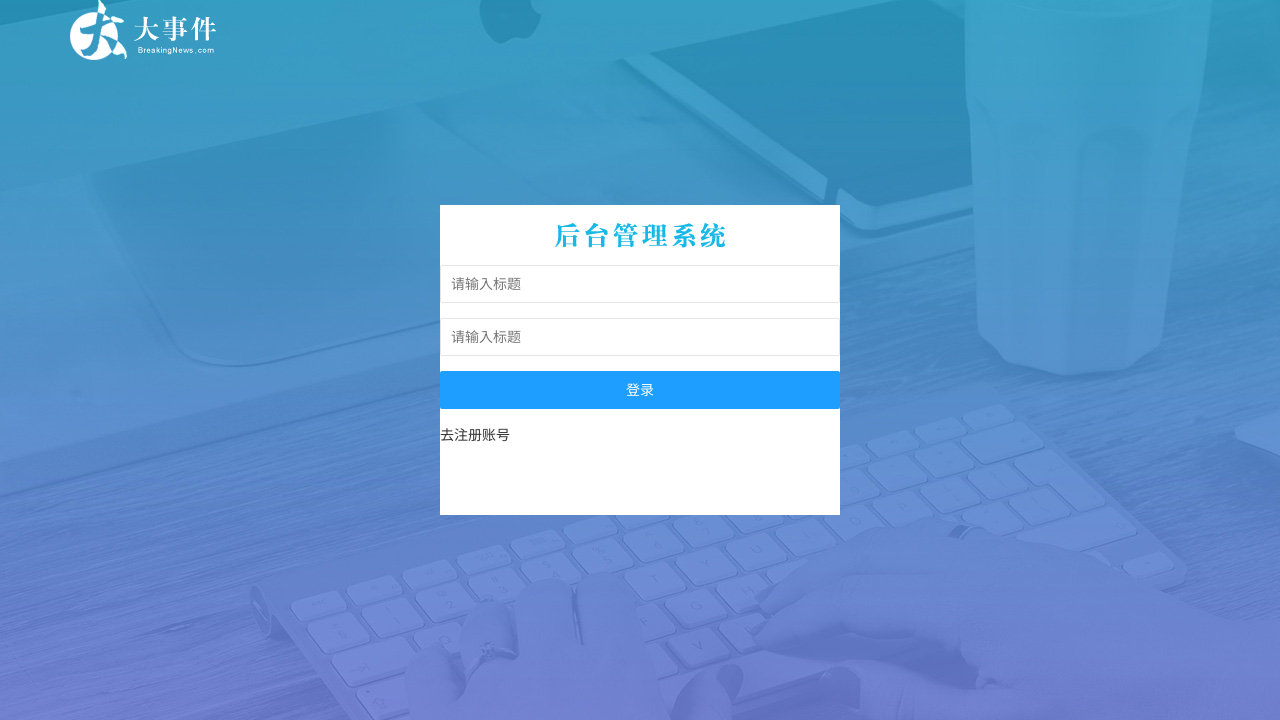
Repository: lithronmatic/web_bigbigevent
Page: login.html
The author's editor kept a copy of each file at every save. The page is drawn from the files as they stood at one save, then again after the next save.
The browser window is 1280 px wide. The pictures show the whole page.

Above is the page before, as saved 2022-08-23 12:13:28.

### login.html
<!DOCTYPE html>
<html lang="en">

<head>
    <meta charset="UTF-8">
    <meta http-equiv="X-UA-Compatible" content="IE=edge">
    <meta name="viewport" content="width=device-width, initial-scale=1.0">
    <title>大事件-登录/注册</title>
    <link rel="stylesheet" href="/assets/lib/layui/css/layui.css">
    <link rel="stylesheet" href="./assets/css/login.css">
</head>

<body>
    <!-- 头部的logo区域 -->
    <div class="layui-main">
        <img src="./assets/images/logo.png" alt="">
    </div>

    <!-- 登录注册区域 -->
    <div class="loginAndRegBox">
        <div class="title-box"></div>
        <!-- 登录的div -->
        <div class="login-box">
            <!-- 登录的表单 -->
            <form class="layui-form" action="">
                <!-- 用户名 -->
                <div class="layui-form-item">
                    <input type="text" name="title" required lay-verify="required" placeholder="请输入标题"
                        autocomplete="off" class="layui-input">
                </div>
                <!-- 密码 -->
                <div class="layui-form-item">
                    <input type="text" name="title" required lay-verify="required" placeholder="请输入标题"
                        autocomplete="off" class="layui-input">
                </div>
                <!-- 登录按钮 -->
                <div class="layui-form-item">
                    <button class="layui-btn layui-btn-fluid layui-btn-normal" lay-submit>登录</button>
                </div>
                <div class="layui-form-item">
                    <a href="javascript:;" id="link_reg">去注册账号</a>
                </div>
            </form>
        </div>

        <!-- 注册的div -->
        <div class="reg-box">
            <a href="javascript:;" id="link_login">去登录</a>
        </div>
    </div>

    <!-- 导入jq -->
    <script src="./assets/lib/jquery.js"></script>
    <!-- 导入自己的js -->
    <script src="./assets/js/login.js"></script>
</body>

</html>

### assets/css/login.css
/* html,body{
    margin:0;
    padding: 0;
    height:100%;
    width:100%;
    background: url(../images/login_bg.jpg) no-repeat center;
    background-size: cover;
}

.loginAndRegBox{
    width:400px;
    height: 310px;
    background-color: #fff;
    position:absolute;
    top:50%;
    left:50%;
    transform: translate(-50%,-50%);
}

.title-box{
    height:60px;
    background: url(../images/login_title.png) no-repeat center;
}

.reg-box{
    display: none;
}

.layui-form{
    padding: 0 30px;
}
.links{
    display: flex;
    justify-content: flex-end;
}
.links a{
    font-size: 12px;
}

.layui-form-item{
    position:relative;
}
.layui-icon{
    position: absolute;
    top:10px;
    left:10px;
}
.layui-input{
    padding-left:32px;
} */

html,body{
    padding: 0;
    margin: 0;
    width:100%;
    height:100%;
    background:url(../images/login_bg.jpg) no-repeat center;
    background-size: cover;
}
.loginAndRegBox{
    position:absolute;
    left:50%;
    top:50%;
    transform: translate(-50%,-50%);
    width:400px;
    height:310px;
    background-color: white;
}
.title-box{
    height:60px;
    background: url(../images/login_title.png) no-repeat center;
}
.reg-box{
    display: none;
}

### assets/js/login.js
// $(function(){
//     // 点击"去注册账号"的链接
//     $("#link_reg").on("click",function(){
//         $(".login-box").hide();
//         $(".reg-box").show();
//     });

//     // 点击"去登录"的链接
//     $("#link_login").on("click",function(){
//         $(".login-box").show();
//         $(".reg-box").hide();
//     })

//     // 从layui中获取form对象
//     var form = layui.form;
//     // 从layui中获取layer对象
//     var layer = layui.layer;
//     // 通过form.verify()函数自定义校验规则
//     form.verify({
//         // 自定义pwd校验规则
//         pwd: [
//             /^[\S]{6,12}$/
//             ,'密码必须6到12位，且不能出现空格'
//           ],
//         //   校验再次确认密码的规则
//         repwd:function(value,item){//value是表单的值
//             var pwd = $(".reg-box input[name=password]").val();
//             if(pwd!==value){
//                 return '两次密码不一致';
//             }
//         }
//     });

//     // 监听注册表单的提交事件
//     $("#form_reg").on("submit",function(e){
//         e.preventDefault();
//         $.post('/api/reguser',
//          {
//             username:$("#form_reg input[name=username]").val(),
//             password:$("#form_reg input[name=password]").val()
//          },
//         function(res){
//             if(res.status!=0){
//                 return layer.msg(res.message);
//             }
//             layer.msg('注册成功，请登录!');
//             // 模拟点击行为
//             $("#link_login").click();
//         })
//     })

//     // 监听登录表单的提交事件
//     $("#form_login").submit(function(e){
//         e.preventDefault();
//         // 快速获取表单中的数据
//         var data = $(this).serialize();
//         $.ajax({
//             method:'POST',
//             url:'/api/login',
//             data:data,
//             success:function(res){
//                 if(res.status!==0){
//                     return layer.msg(res.message);
//                 }
//                 layer.msg('登录成功!');
//                 // 将登录成功得到的token字符串，保存到localStorage
//                 localStorage.setItem('token',res.token);
//                 // 跳转到后台主页
//                 location.href = '/index.html'
//             }
//         })
//     })
// })

$(function(){
    // 点击去注册账号的链接
    $('#link_reg').on('click',function(){
        $('.login-box').hide();
        $('.reg-box').show();
    })
    // 点击去登录账号的链接
    $('#link_login').on('click',function(){
        $('.reg-box').hide();
        $('.login-box').show();
    })
})

Loaded but not shown: assets/lib/layui/css/layui.css (library); assets/lib/jquery.js (library)

After the next save:
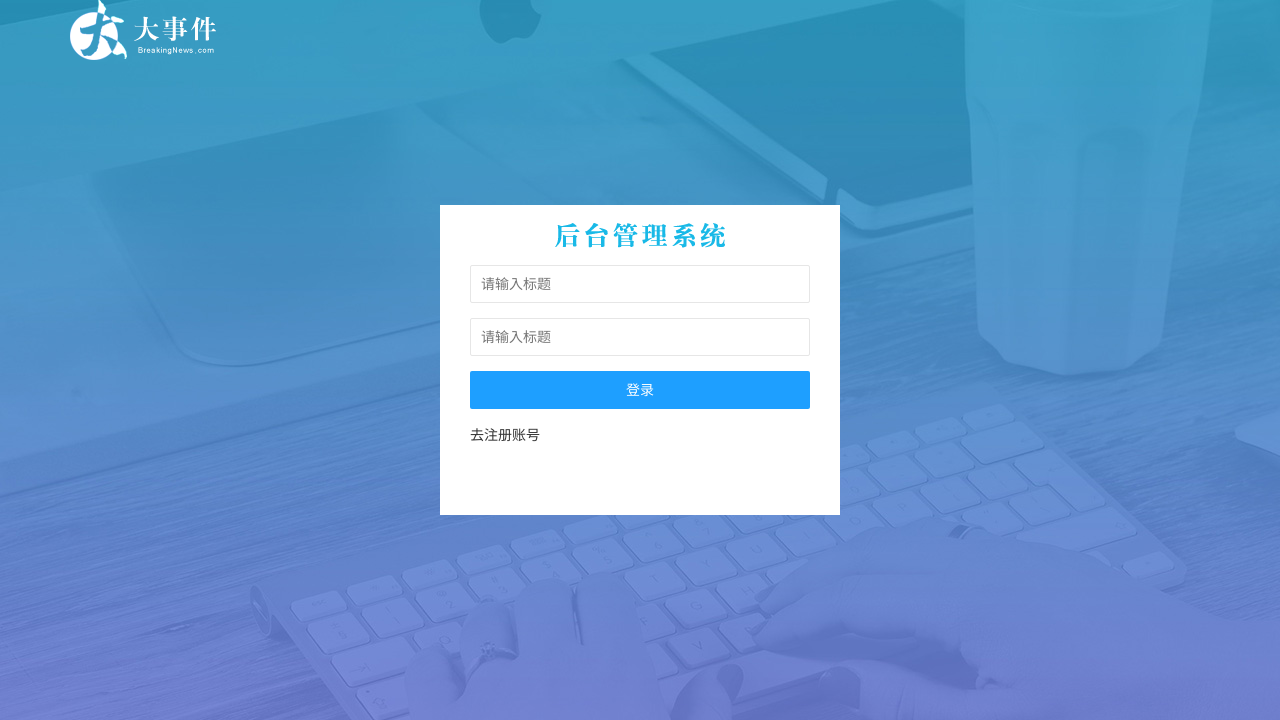
Saved 5 min 49 s later.
--- a/assets/css/login.css
+++ b/assets/css/login.css
@@ -73,3 +73,6 @@
 .reg-box{
     display: none;
 }
+.layui-form{
+    padding:0 30px;
+}
